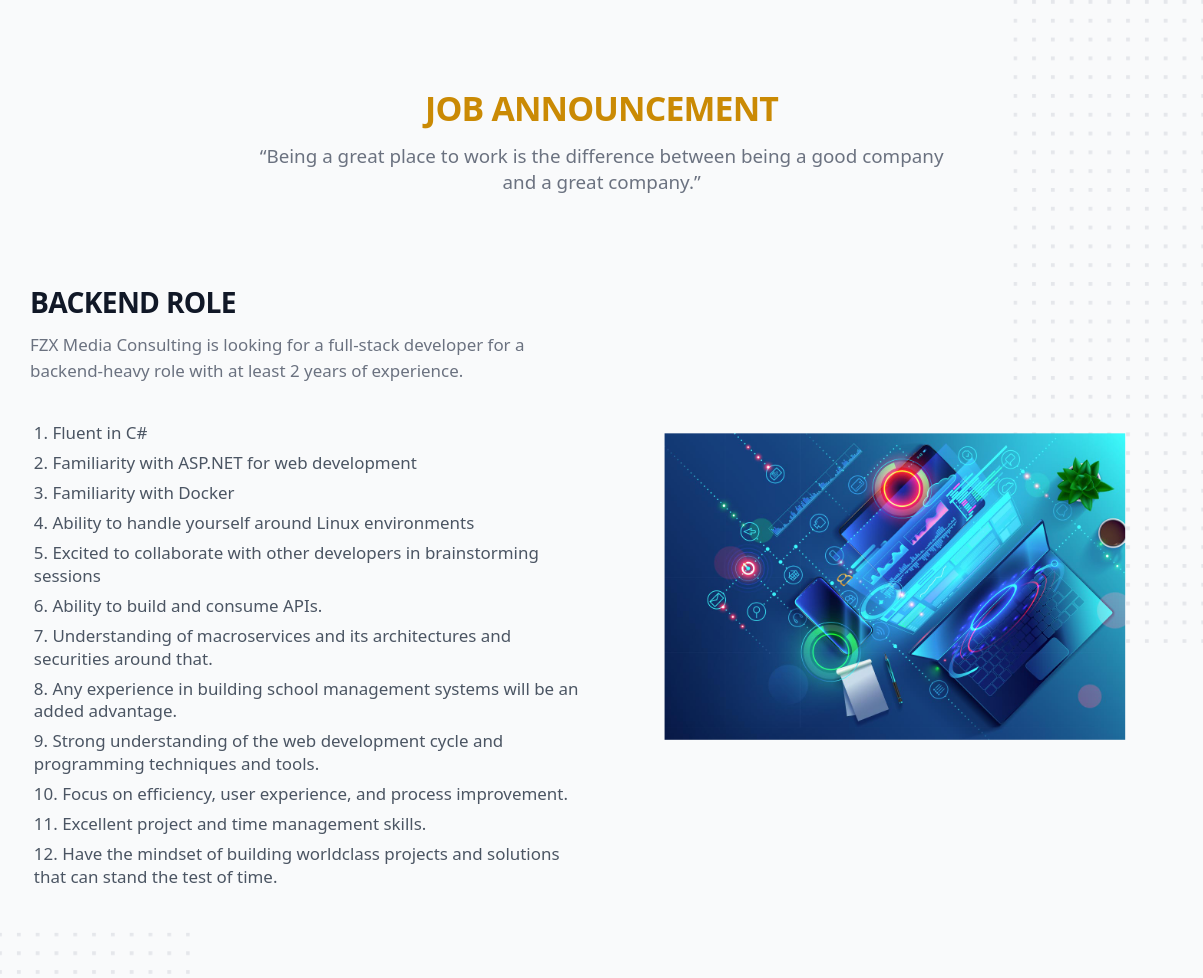
Repository: emorilebo/invotec
Page: /jobs
The author's editor kept a copy of each file at every save. The page is drawn from the files as they stood at one save, then again after a run of saves.
The browser window is 1280 px wide. The pictures show the whole page, at 94% of full size.
The project was rebuilt for these pictures with package versions that can differ from the ones it lists, and the page was loaded fresh each time. The framework's server and built-in components were replaced by stand-ins that run in the browser. Also part of the build but not shown: next.config.js.

Above is the page before, as saved 2022-12-07 11:31:18.

### pages/jobs.tsx
import React from 'react'
import {
  BoltIcon,
  ChatBubbleBottomCenterTextIcon,
  EnvelopeIcon,
  GlobeAltIcon,
  ScaleIcon,
} from '@heroicons/react/24/solid'

const transferFeatures = [
  {
    id: 1,
    name: '1. Fluent in C#',
    description:
      'Lorem ipsum, dolor sit amet consectetur adipisicing elit. Maiores impedit perferendis suscipit eaque, iste dolor cupiditate blanditiis ratione.',
    icon: GlobeAltIcon,
  },
  {
    id: 2,
    name: '2. Familiarity with ASP.NET for web development',
    description:
      'Lorem ipsum, dolor sit amet consectetur adipisicing elit. Maiores impedit perferendis suscipit eaque, iste dolor cupiditate blanditiis ratione.',
    icon: ScaleIcon,
  },
  {
    id: 3,
    name: '3. Familiarity with Docker',
    description:
      'Lorem ipsum, dolor sit amet consectetur adipisicing elit. Maiores impedit perferendis suscipit eaque, iste dolor cupiditate blanditiis ratione.',
    icon: BoltIcon,
  },
  {
    id: 4,
    name: '4. Ability to handle yourself around Linux environments',
    description:
      'Lorem ipsum, dolor sit amet consectetur adipisicing elit. Maiores impedit perferendis suscipit eaque, iste dolor cupiditate blanditiis ratione.',
    icon: BoltIcon,
  },
  {
    id: 5,
    name: '5. Excited to collaborate with other developers in brainstorming sessions',
    description:
      'Lorem ipsum, dolor sit amet consectetur adipisicing elit. Maiores impedit perferendis suscipit eaque, iste dolor cupiditate blanditiis ratione.',
    icon: BoltIcon,
  },
  {
    id: 6,
    name: '6. Ability to build and consume APIs.',
    description:
      'Lorem ipsum, dolor sit amet consectetur adipisicing elit. Maiores impedit perferendis suscipit eaque, iste dolor cupiditate blanditiis ratione.',
    icon: BoltIcon,
  },
  {
    id: 7,
    name: '7. Understanding of macroservices and its architectures and securities around that.',
    description:
      'Lorem ipsum, dolor sit amet consectetur adipisicing elit. Maiores impedit perferendis suscipit eaque, iste dolor cupiditate blanditiis ratione.',
    icon: BoltIcon,
  },
  {
    id: 8,
    name: '8. Any experience in building school management systems will be an added advantage.',
    description:
      'Lorem ipsum, dolor sit amet consectetur adipisicing elit. Maiores impedit perferendis suscipit eaque, iste dolor cupiditate blanditiis ratione.',
    icon: BoltIcon,
  },
  {
    id: 9,
    name: '9. Strong understanding of the web development cycle and programming techniques and tools.',
    description:
      'Lorem ipsum, dolor sit amet consectetur adipisicing elit. Maiores impedit perferendis suscipit eaque, iste dolor cupiditate blanditiis ratione.',
    icon: BoltIcon,
  },
  {
    id: 10,
    name: '10. Focus on efficiency, user experience, and process improvement.',
    description:
      'Lorem ipsum, dolor sit amet consectetur adipisicing elit. Maiores impedit perferendis suscipit eaque, iste dolor cupiditate blanditiis ratione.',
    icon: BoltIcon,
  },
  {
    id: 11,
    name: '11. Excellent project and time management skills.',
    description:
      'Lorem ipsum, dolor sit amet consectetur adipisicing elit. Maiores impedit perferendis suscipit eaque, iste dolor cupiditate blanditiis ratione.',
    icon: BoltIcon,
  },
  {
    id: 12,
    name: '12. Have the mindset of building worldclass projects and solutions that can stand the test of time.',
    description:
      'Lorem ipsum, dolor sit amet consectetur adipisicing elit. Maiores impedit perferendis suscipit eaque, iste dolor cupiditate blanditiis ratione.',
    icon: BoltIcon,
  },
]
const communicationFeatures = [
  {
    id: 1,
    name: 'Mobile notifications',
    description:
      'Lorem ipsum, dolor sit amet consectetur adipisicing elit. Maiores impedit perferendis suscipit eaque, iste dolor cupiditate blanditiis ratione.',
    icon: ChatBubbleBottomCenterTextIcon,
  },
  {
    id: 2,
    name: 'Reminder emails',
    description:
      'Lorem ipsum, dolor sit amet consectetur adipisicing elit. Maiores impedit perferendis suscipit eaque, iste dolor cupiditate blanditiis ratione.',
    icon: EnvelopeIcon,
  },
]

function jobs() {
  return (
    <div className="overflow-hidden bg-gray-50 py-16 lg:py-24">
      <div className="relative mx-auto max-w-xl px-6 lg:max-w-7xl lg:px-8">
        <svg
          className="absolute left-full hidden -translate-x-1/2 -translate-y-1/4 transform lg:block"
          width={404}
          height={784}
          fill="none"
          viewBox="0 0 404 784"
          aria-hidden="true"
        >
          <defs>
            <pattern
              id="b1e6e422-73f8-40a6-b5d9-c8586e37e0e7"
              x={0}
              y={0}
              width={20}
              height={20}
              patternUnits="userSpaceOnUse"
            >
              <rect
                x={0}
                y={0}
                width={4}
                height={4}
                className="text-gray-200"
                fill="currentColor"
              />
            </pattern>
          </defs>
          <rect
            width={404}
            height={784}
            fill="url(#b1e6e422-73f8-40a6-b5d9-c8586e37e0e7)"
          />
        </svg>

        <div className="relative">
          <h2 className="text-center text-3xl font-bold leading-8 tracking-tight text-yellow-600 sm:text-4xl">
            JOB ANNOUNCEMENT
          </h2>
          <p className="mx-auto mt-4 max-w-3xl text-center text-sm lg:text-xl text-gray-500 ">
            “Being a great place to work is the difference between being a good
            company and a great company.”
          </p>
        </div>

        <div className="relative mt-12 lg:mt-24 lg:grid lg:grid-cols-2 lg:items-center lg:gap-8">
          <div className="relative">
            <h3 className="text-2xl font-bold tracking-tight text-gray-900 sm:text-3xl">
              BACKEND ROLE
            </h3>
            <p className="mt-3 text-lg text-gray-500">
              FZX Media Consulting is looking for a full-stack developer for a
              backend-heavy role with at least 2 years of experience.
            </p>

            <dl className="mt-10 space-y-2">
              {transferFeatures.map((item) => (
                <div key={item.id} className="relative">
                  <dt>

                    <p className="ml-1 text-lg font-base leading-6 text-gray-600">
                      {item.name}
                    </p>
                  </dt>

                </div>
              ))}
            </dl>
          </div>

          <div className="relative -mx-4 mt-10 lg:mt-0" aria-hidden="true">
            <svg
              className="absolute left-1/2 -translate-x-1/2 translate-y-16 transform lg:hidden"
              width={784}
              height={404}
              fill="none"
              viewBox="0 0 784 404"
            >
              <defs>
                <pattern
                  id="ca9667ae-9f92-4be7-abcb-9e3d727f2941"
                  x={0}
                  y={0}
                  width={20}
                  height={20}
                  patternUnits="userSpaceOnUse"
                >
                  <rect
                    x={0}
                    y={0}
                    width={4}
                    height={4}
                    className="text-gray-200"
                    fill="currentColor"
                  />
                </pattern>
              </defs>
              <rect
                width={784}
                height={404}
                fill="url(#ca9667ae-9f92-4be7-abcb-9e3d727f2941)"
              />
            </svg>
            <img
              className="relative mx-auto"
              width={490}
              src="/computer.jpg"
              alt=""
            />
          </div>
        </div>

        <svg
          className="absolute right-full hidden translate-x-1/2 translate-y-12 transform lg:block"
          width={404}
          height={784}
          fill="none"
          viewBox="0 0 404 784"
          aria-hidden="true"
        >
          <defs>
            <pattern
              id="64e643ad-2176-4f86-b3d7-f2c5da3b6a6d"
              x={0}
              y={0}
              width={20}
              height={20}
              patternUnits="userSpaceOnUse"
            >
              <rect
                x={0}
                y={0}
                width={4}
                height={4}
                className="text-gray-200"
                fill="currentColor"
              />
            </pattern>
          </defs>
          <rect
            width={404}
            height={784}
            fill="url(#64e643ad-2176-4f86-b3d7-f2c5da3b6a6d)"
          />
        </svg>


      </div>
    </div>
  )
}

export default jobs

Loaded but not shown: pages/_app.tsx (common file); styles/globals.css (common file); tailwind.config.js (common file)

After the next 2 saves:
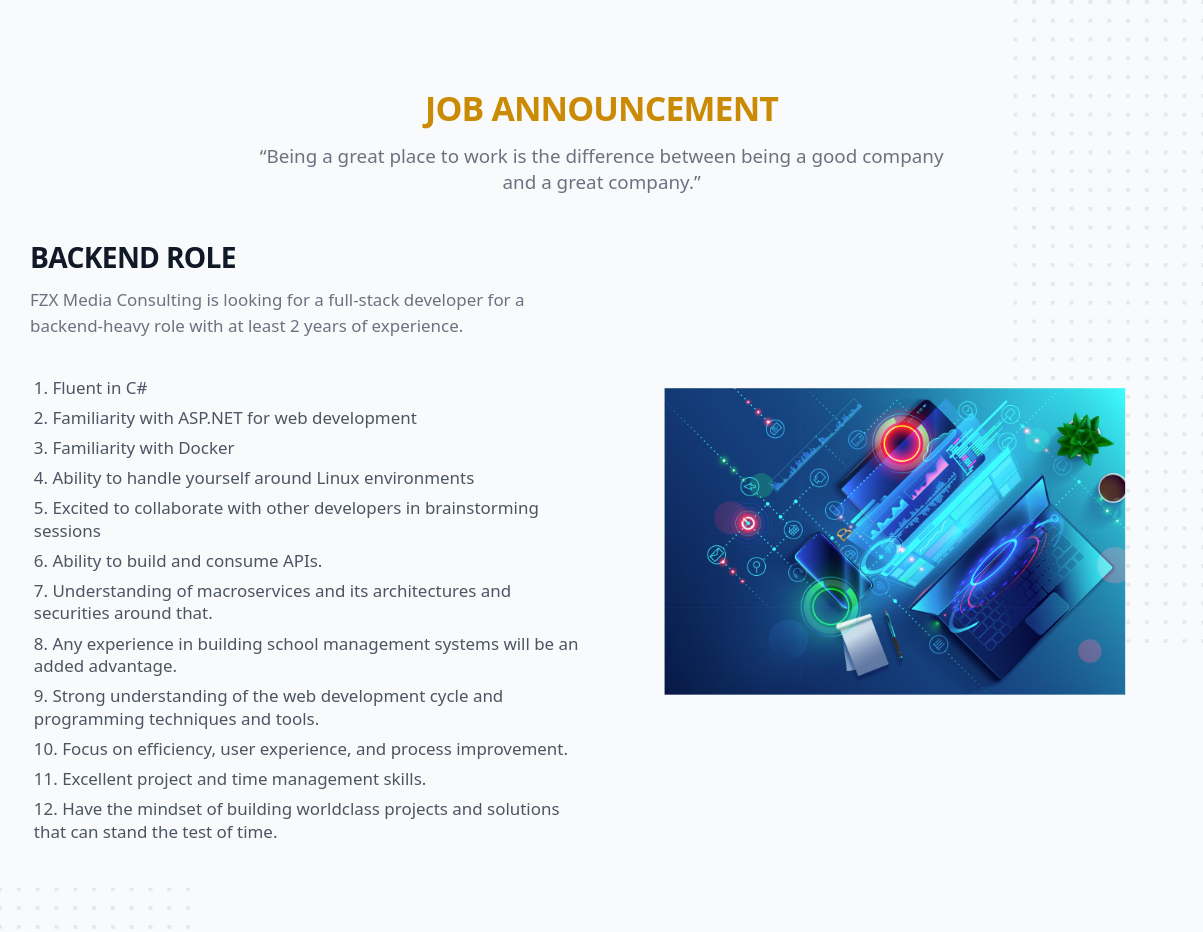
The 2 saves are shown as one change because they came seconds apart.
The last was saved 23 s later.
--- a/pages/jobs.tsx
+++ b/pages/jobs.tsx
@@ -158,7 +158,7 @@ function jobs() {
           </p>
         </div>
 
-        <div className="relative mt-12 lg:mt-24 lg:grid lg:grid-cols-2 lg:items-center lg:gap-8">
+        <div className="relative mt-12 lg:mt-12 lg:grid lg:grid-cols-2 lg:items-center lg:gap-8">
           <div className="relative">
             <h3 className="text-2xl font-bold tracking-tight text-gray-900 sm:text-3xl">
               BACKEND ROLE
